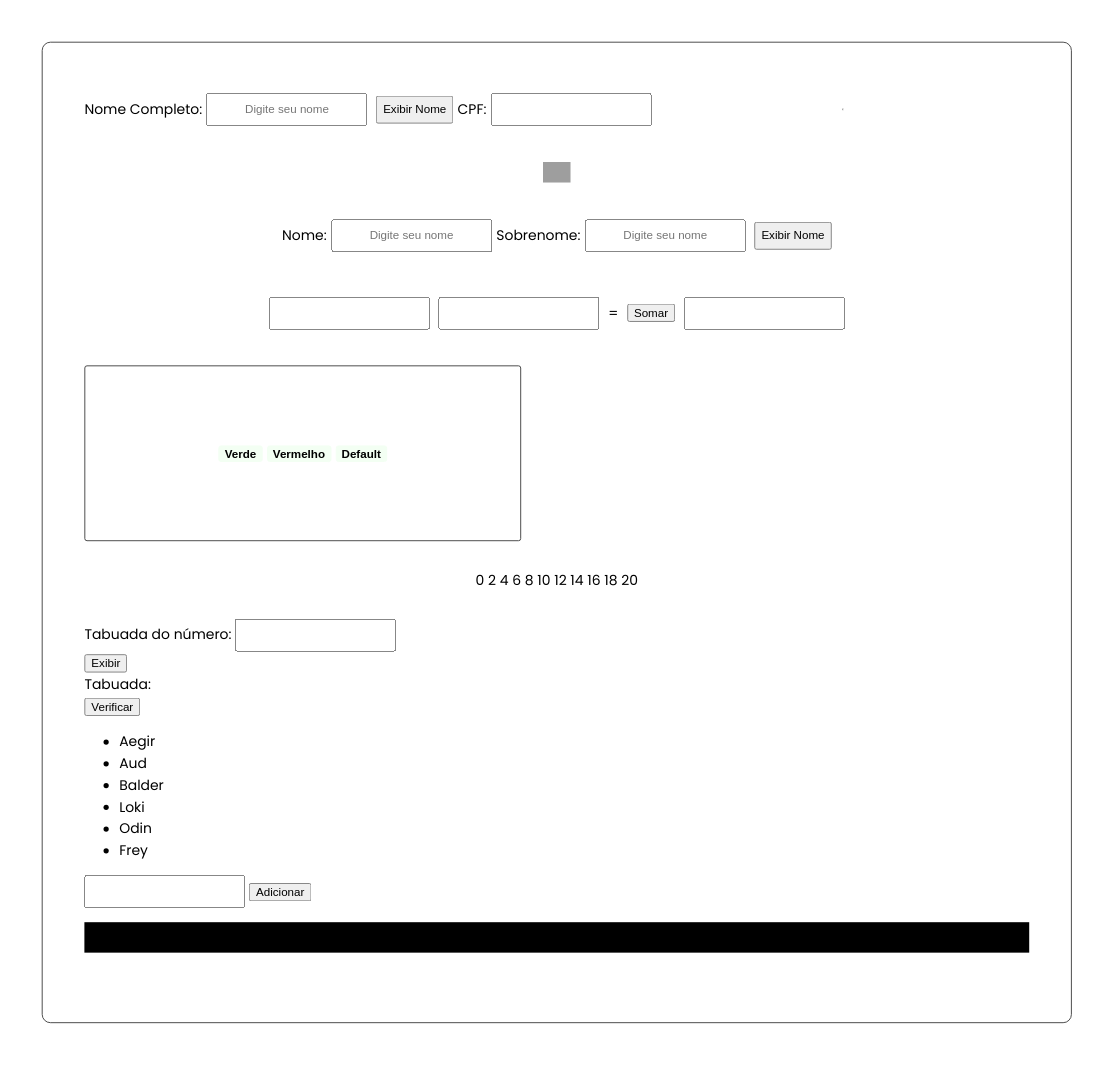
Repository: guilhermecardoso93/exerciciosjs
Page: index.html
The author's editor kept a copy of each file at every save. The page is drawn from the files as they stood at one save, then again after the next save.
The browser window is 1280 px wide. The pictures show the whole page, at 87% of full size.
Pictures or frames that could not be fetched are drawn as grey boxes.

Above is the page before, as saved 2023-05-21 17:27:14.

### index.html
<!DOCTYPE html>
<html lang="pt-Br">
  <head>
    <meta charset="UTF-8" />
    <meta http-equiv="X-UA-Compatible" content="IE=edge" />
    <meta name="viewport" content="width=device-width, initial-scale=1.0" />
    <link rel="preconnect" href="https://fonts.googleapis.com" />
    <link rel="preconnect" href="https://fonts.gstatic.com" crossorigin />
    <link rel="stylesheet" href="styles.css" />
    <link
      href="https://fonts.googleapis.com/css2?family=Poppins:wght@400;500&display=swap"
      rel="stylesheet"
      />
    <title>40 - exercícios de JS</title>
  </head>
  <body>
    <div class="NameDiv">
      <p>Nome Completo:</p>
      <input type="text" name="name" id="name" placeholder="Digite seu nome" />
      <br />
      <input type="button" value="Exibir Nome" id="exibir-nome" />
      <p>CPF:</p>
      <input maxlength="14" id="cpf" />
      <hr />
    </div>
    <div>
      <img id="lamp" src="https://www.w3schools.com/js/pic_bulboff.gif" />
    </div>
    <div class="fullNameDiv">
      <p>Nome:</p>
      <input
        type="text"
        name="name-2"
        id="name-2"
        placeholder="Digite seu nome"
        />
      <p>Sobrenome:</p>
      <input
        type="text"
        name="fullname"
        id="fullname"
        placeholder="Digite seu nome"
        />
      <br />
      <input type="button" value="Exibir Nome" id="exibir-nome-convidado" />
    </div>
    <div>
      <input type="text" id="number-1" maxlength="5" /><br /><br />
      <input type="text" id="number-2" maxlength="5" /><br />
      <p>=</p>
      <br />

      <button id="buttonSoma">Somar</button><br /><br />

      <input type="text" id="result" maxlength="5" />
    </div>
    <div id="container">
      <button id="greenButton">Verde</button>
      <button id="redButton">Vermelho</button>
      <button id="defaultButton">Default</button>
    </div>

    <div id="resultado"></div>
    Tabuada do número: <input id="num" type="number" /> <br />
    <button onclick="tabuada()">Exibir</button><br />
    Tabuada: <br />
    <div id="resposta" style="display: inline"></div>
    <button onclick="verificarNumero()">Verificar</button>
    <ul id="nomes"></ul>
    <input type="text" id="inputTexto">
    <button onclick="adicionarTexto()">Adicionar</button>
    <ul id="lista"></ul>

    <div id="contador"></div>

  </body>
  <script src="./script.js"></script>
</html>

### styles.css
body {
  font-family: "Poppins", sans-serif;
  margin: 3rem;
  border: 1px solid #333;
  border-radius: 10px;
  padding: 3rem;
}

main {
  margin: 0 auto;
  align-items: center;
  justify-content: center;
}

#lamp {
  cursor: pointer;
  cursor: hand;
  width: 2rem;
}

body input {
  height: 2rem;
  text-align: center;
}

div {
  display: flex;
  gap: 5px;
  align-items: center;
  justify-content: center;
  margin-bottom: 2rem;
}

#container {
  display: flex;
  gap: 5px;
  align-items: center;
  justify-content: center;

  width: 500px;
  height: 200px;
  border: 1px solid #333;
  border-radius: 3px;
}

#container button {
  border: 1px solid #f3fff3;
  border-radius: 3px;
  background-color: #f3fff3;
  font-weight: bold;
}


#tabuadaDiv {
  display: flex;
  flex-direction: column;
}

#contador {
  font-size: 24px;
  color: black;
  background: black;
}

### script.js
function multi(numb1, number2) {
  console.log(numb1 * number2);
}

function desc(n){
  console.log((n* 0.05))
}

function age(year) {
  var data = new Date();
  var actualYear = data. getFullYear();

  const diference = actualYear - year

  if(diference <= 18 && diference >= 0) {
    return console.log('Você é menor de idade', diference)
  } else {
    return console.log('Você é maior de idade', diference)
  }
}

const divResultado = document.getElementById('resultado')

divResultado.innerHTML = 'Repetição'

divResultado.innerHTML = 'Repetição'.repeat(2);

var repeticao = '';

for (var i = 0; i < 20; i++) {
  repeticao += 'Repetição ';
}
divResultado.textContent = repeticao;

var contador = 0;
/*while (contador < 5) {
  repeticao += 'Repetição ';
  contador++;
}

divResultado.textContent = repeticao; */

do {
  repeticao += 'Repetição ';
  contador++;
} while (contador < 5);

divResultado.textContent = repeticao;

var numeros = '';

for (var i = 0; i <= 10; i++) {
  numeros += i + ' ';
}

divResultado.textContent = numeros;

var numerosPares = '';

for (var i = 0; i <= 20; i += 2) {
  numerosPares += i + ' ';
}

divResultado.textContent = numerosPares;


var tabuadaDiv = document.getElementById('tabuadaDiv');

function tabuada(){
  var num = parseInt(document.getElementById("num").value);
  var resposta = document.getElementById('resposta');
  var tabuada='';

  for(var count=1; count<=10 ; count++)
   tabuada += num+" x "+count+" = "+
               num*count+"<br />";

  resposta.innerHTML = tabuada;
}

function verificaCaracteresDota(texto) {
  var padrao = /dota/i; // 'dota' com a flag 'i' torna a busca case-insensitive
  return padrao.test(texto);
}

var texto1 = 'Dota é melhor que LOL';
console.log(verificaCaracteresDota(texto1)); // true

var texto2 = 'Lol é melhor que CS';
console.log(verificaCaracteresDota(texto2)); // false


var numeroAleatorio = Math.floor(Math.random() * 100) + 1;

function verificarNumero() {
  var numeroInserido = parseInt(prompt("Digite um número entre 1 e 100:"));

  if (numeroInserido === numeroAleatorio) {
    alert("Parabéns! Você acertou o número!");
  } else {
    alert("Infelizmente, você errou. O número correto era: " + numeroAleatorio);
  }
}

var dataAtual = new Date();
var dia = dataAtual.getDate();
var mes = dataAtual.getMonth() + 1; // Lembrando que o mês começa em 0
var ano = dataAtual.getFullYear();

var dataFormatada = dia + '/' + mes + '/' + ano;

console.log(dataFormatada);

var proximoMes = mes + 1;
if (proximoMes > 12) {
  proximoMes = 1;
  ano++;
}

console.log("Próximo mês: " + proximoMes + '/' + ano);

var deuses = ['Aegir', 'Aud', 'Balder']

console.log(deuses.length)

deuses.forEach(function(deus) {
  console.log(deus);
});

 /*
deuses.map(function(deus) {
  alert(deus);
});

// Usando a função de callback reduce()
deuses.reduce(function(_, deus) {
  alert(deus);
});

// Usando a função de callback filter()
deuses.filter(function(deus) {
  alert(deus);
}); */

deuses.push('Loki', 'Odin', 'Frey')
console.log(deuses)
console.log(deuses.length)

var numbers = [5, 7, 1, 8, 9]

console.log(numbers.sort())

var ul = document.getElementById('nomes');

deuses.forEach(deus => {
  var li = document.createElement('li');
  li.textContent = deus;
  ul.appendChild(li);
})


var arrayTexto = [];

function adicionarTexto() {
  var input = document.getElementById('inputTexto');
  var texto = input.value;

  arrayTexto.push(texto);
  input.value = '';

  exibirLista();
}

function exibirLista() {
  var ul = document.getElementById('lista');
  ul.innerHTML = '';

  arrayTexto.forEach(function(texto) {
    var li = document.createElement('li');
    li.textContent = texto;

    if (isNumeroPar(texto)) {
      li.classList.add('par');
    }

    ul.appendChild(li);
  });
}

function isNumeroPar(texto) {
  var numero = parseInt(texto);
  return !isNaN(numero) && numero % 2 === 0;
}
var contador = document.getElementById('contador');
var numero = 0;
var cor = 'preto';

function alternarCor() {
  cor = cor === 'preto' ? 'branco' : 'preto';
  contador.style.color = cor;
}

function exibirNumero() {
  contador.textContent = numero;
  alternarCor();
  numero++;

  if (numero <= 5) {
    setTimeout(exibirNumero, 1000);
  }
}

exibirNumero();

After the next save:
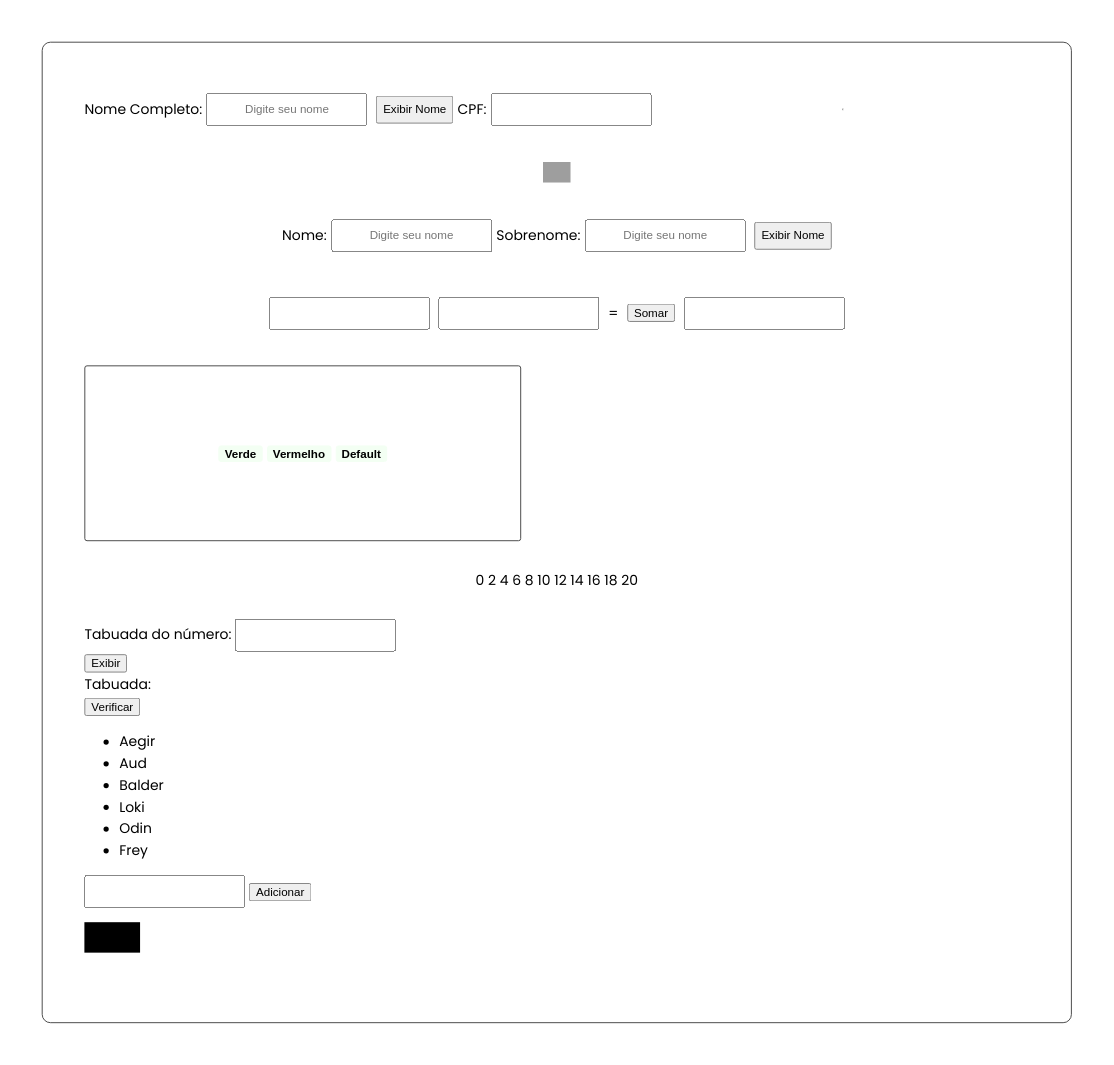
Saved 12 s later.
--- a/styles.css
+++ b/styles.css
@@ -60,4 +60,5 @@ div {
   font-size: 24px;
   color: black;
   background: black;
+  width: 4rem;
 }
